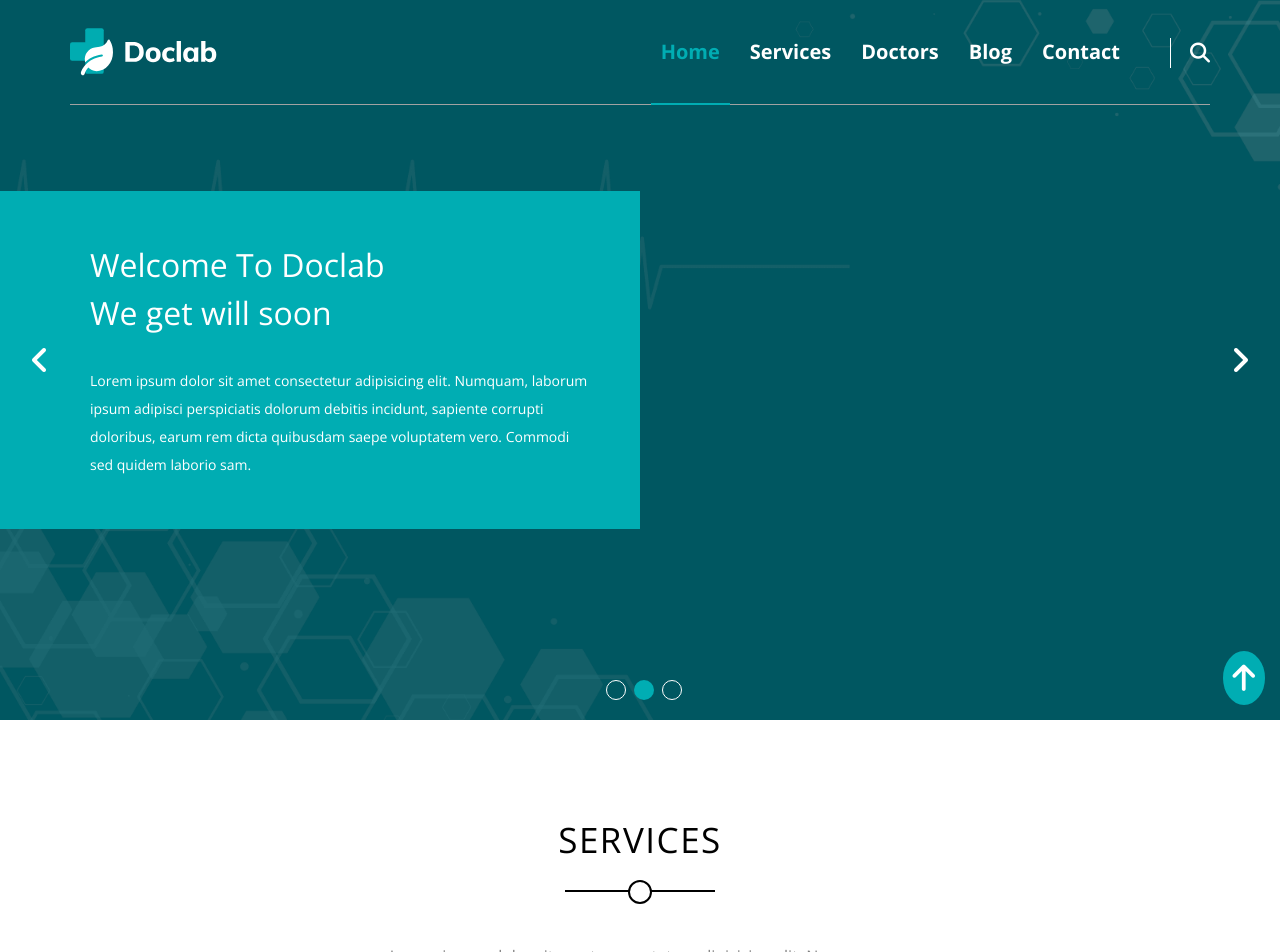
Repository: Ahmed123rezk123/Clinic
Page: index.html
These files come from the project's save history. The page is drawn as it stood at one moment and after a run of saves; the edit follows.
The browser window is 1280 px wide. The pictures show the part of the page from y = 0 to 952 px (the page is 9134 px tall).
A picture or video elsewhere on the page could not be fetched, so the positions and the page height are approximate. Some web fonts or font styles are not loaded; a fallback is used.

Above is the page before, as saved 2024-04-17 20:51:32.

After the next 2 saves:
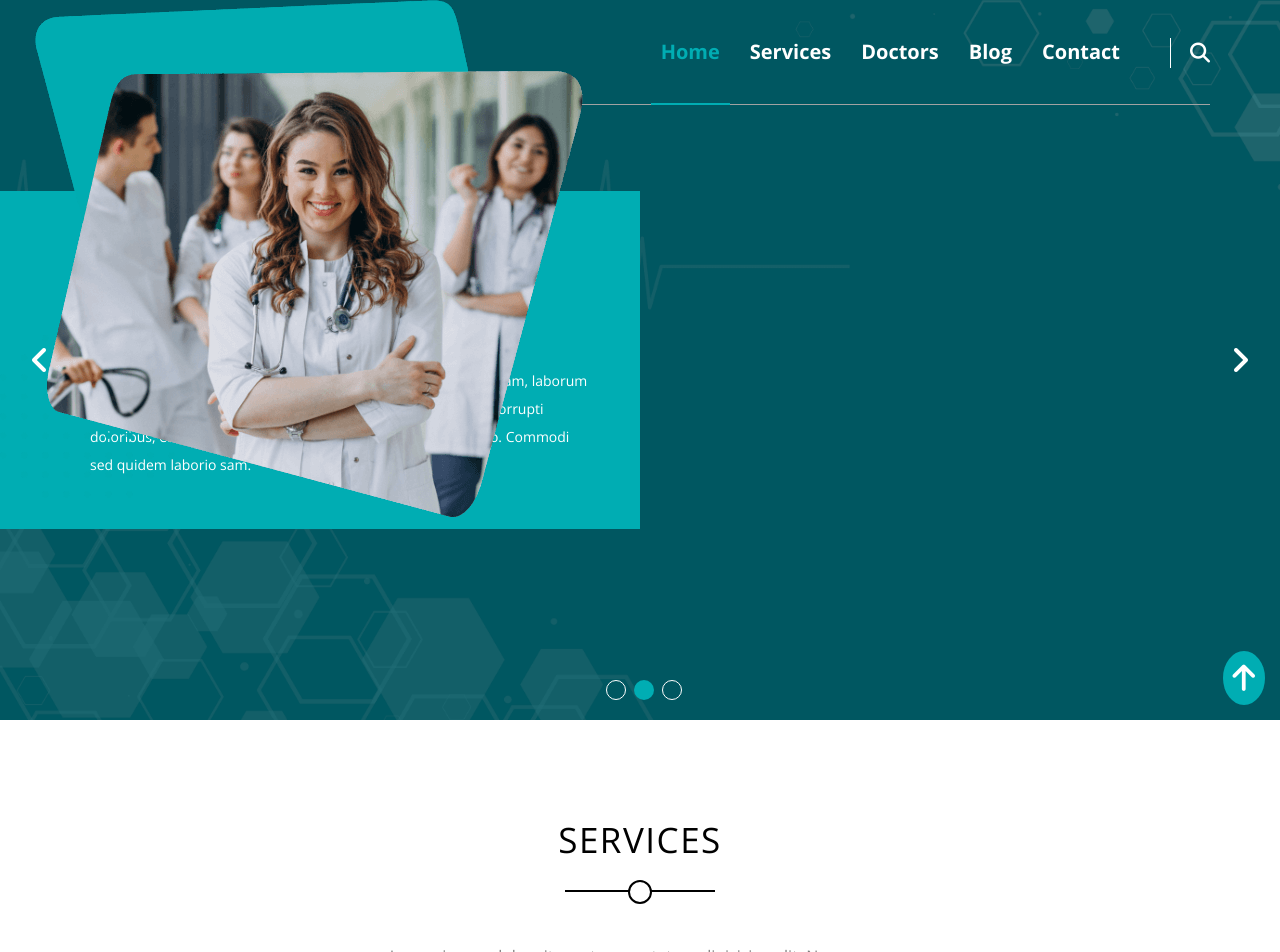
The 2 saves are shown as one change because they came seconds apart.
The last was saved 13 s later.
--- a/index.html
+++ b/index.html
@@ -59,7 +59,7 @@
             </p>
           </div>
         </div>
-       <img class="img-doctor" src="" alt="">
+       <img class="img-doctor" src="images/hero-banner.png" alt="">
       </div>
       <i class="fas fa-angle-left icon1 fa-2x"></i>
       <i class="fas fa-angle-right icon2 fa-2x"></i>
